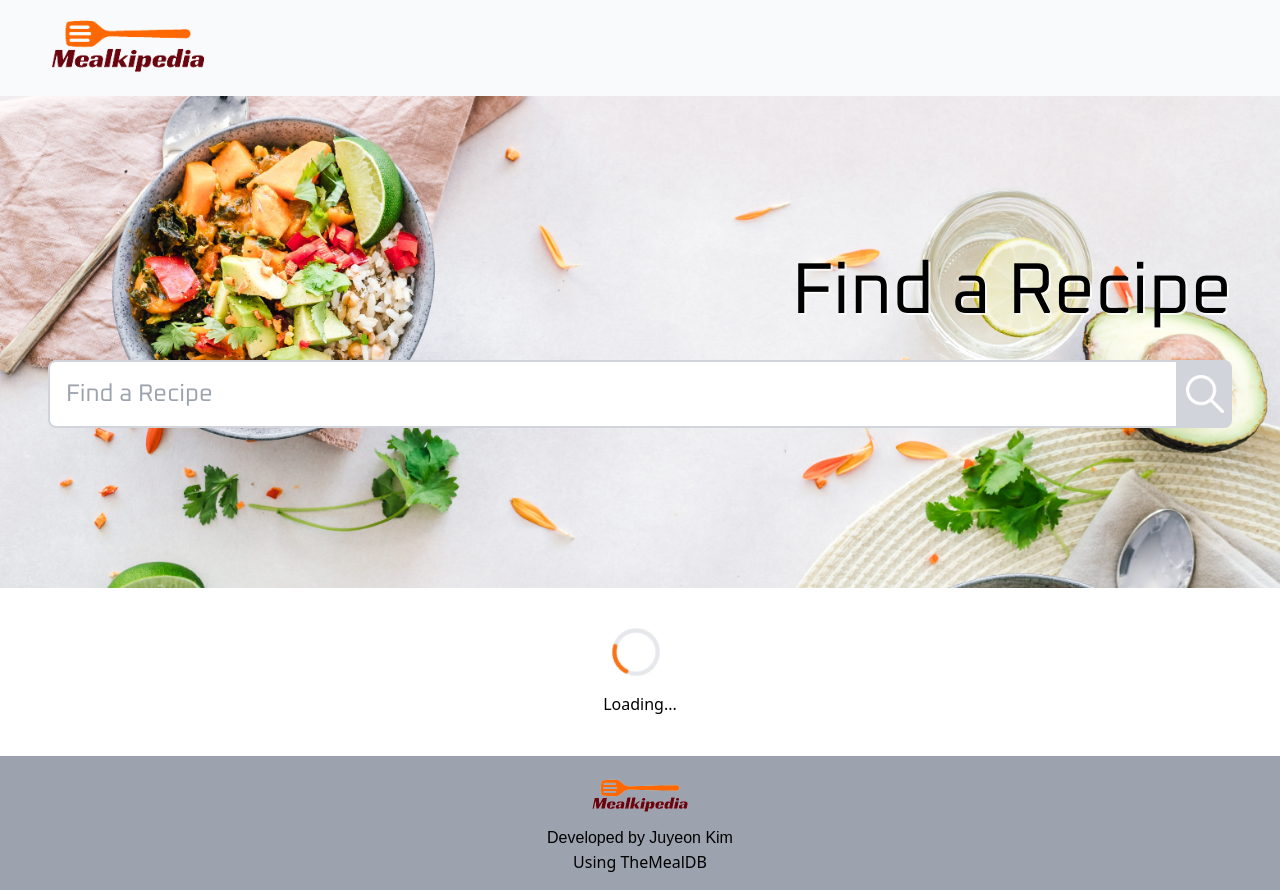
Repository: Jay-JYKim91/grj_mealkipedia
Page: /
The author's editor kept a copy of each file at every save. The page is drawn from the files as they stood at one save, then again after the next save.
The browser window is 1280 px wide. The pictures show the whole page.
The page's requests for data from a server got no answer. Some web fonts or font styles are not loaded; a fallback is used. The project was rebuilt for these pictures with package versions that can differ from the ones it lists, and the page was loaded fresh each time. No one was signed in, and anything a server would have sent is missing. Also part of the build but not shown: src/component/Tag.tsx, src/page/Result.tsx, src/page/Search.tsx.

Above is the page before, as saved 2022-07-04 19:12:05.

### public/index.html
<!DOCTYPE html>
<html lang="en">
  <head>
    <meta charset="utf-8" />
    <link rel="icon" href="%PUBLIC_URL%/favicon.ico" />
    <link rel="preconnect" href="https://fonts.googleapis.com">
    <link rel="preconnect" href="https://fonts.gstatic.com" crossorigin>
    <link href="https://fonts.googleapis.com/css2?family=Biryani:wght@300;400&family=Oxanium:wght@300;400;500&family=Racing+Sans+One&display=swap" rel="stylesheet">
    <meta name="viewport" content="width=device-width, initial-scale=1" />
    <meta name="theme-color" content="#000000" />
    <meta
      name="description"
      content="Web site created using create-react-app"
    />
    <title>Mealkipedia</title>
  </head>
  <body>
    <div id="root"></div>
  </body>
</html>

### src/index.tsx
import React from 'react';
import ReactDOM from 'react-dom/client';
import './index.css';
import { BrowserRouter } from 'react-router-dom';
import { QueryClient, QueryClientProvider } from 'react-query';
import App from './App';

const root = ReactDOM.createRoot(
    document.getElementById('root') as HTMLElement
);

const queryClient = new QueryClient();

root.render(
    <React.StrictMode>
        <QueryClientProvider client={queryClient}>
            <BrowserRouter>
                <App />
            </BrowserRouter>
        </QueryClientProvider>
    </React.StrictMode>
);

### src/index.css
@tailwind base;
@tailwind components;
@tailwind utilities;

html {
  height: 100%;
}

.app {
  width: 100vw;
  min-height: 100vh;
  display: flex;
  flex-direction: column;
}

### src/App.tsx
import React from 'react';
import { Route, Routes, NavigateFunction, useNavigate } from 'react-router-dom';
import Home from './page/Home';
import Result from './page/Result';
import Search from './page/Search';

const App: React.FC = () => {
    const navigate: NavigateFunction = useNavigate();

    const navigateHome = () => {
        navigate('/');
    };

    return (
        <div className="app">
            <header className="px-6 md:px-9 lg:px-12 py-2 shadow-md bg-gray-50">
                <div className="max-w-7xl m-auto">
                    <button
                        type="button"
                        className="m-auto lg:m-0"
                        onClick={navigateHome}
                    >
                        <img src="/logo.png" alt="logo" width="160" />
                    </button>
                </div>
            </header>
            <main className="flex-1">
                <Routes>
                    <Route path="/" element={<Home />} />
                    <Route path="search" element={<Search />} />
                    <Route path="result" element={<Result />} />
                </Routes>
            </main>
            <footer className="flex flex-col items-center justify-center px-12 py-4 bg-gray-400">
                <img src="/logo.png" alt="logo" width="100" className="mb-2" />
                <p className="font-body2_font">Developed by Juyeon Kim</p>
                <p>
                    Using <a href="https://www.themealdb.com/">TheMealDB</a>
                </p>
            </footer>
        </div>
    );
};

export default App;

### src/page/Home.tsx
import React from 'react';
import TodaysRecipe from '../component/TodaysRecipe';
import SearchBar from '../component/SearchBar';

const Home: React.FC = () => {
    return (
        <>
            <div
                className="px-6 md:px-9 lg:px-12 py-40 bg-cover bg-[url('images/main_background.jpg')]
                            text-center lg:text-right">
                <div className="max-w-7xl m-auto">
                    <h1
                        className="font-body1_font text-5xl lg:text-7xl mb-8 drop-shadow-[2.5px_2.5px_0.5px_rgba(255,255,255,0.8)]">
                            Find a Recipe
                    </h1>
                    <SearchBar
                        divStyle="flex justify-center lg:justify-end"
                        inputStyle="p-2 lg:p-4 w-full text-2xl font-body1_font rounded-l-lg border-2 border-gray-300"
                        imageStyle="max-h-[40px]"
                        buttonStyle="p-2 bg-gray-300 rounded-r-lg" />
                </div>

            </div>
            <TodaysRecipe divStyle="px-6 md:px-9 lg:px-12 xl:px-0 py-6 lg:py-12 max-w-7xl m-auto" />
        </>
    )
};

export default Home;

### src/component/TodaysRecipe.tsx
import React from 'react';
import { useQuery } from 'react-query';
import { NavigateFunction, useNavigate } from 'react-router-dom';
import * as apiMeals from '../services/mealDB';
import Tag from './Tag';

const MOBILE_MAX_WORDS = 40;
const DESKTOP_MAX_WORDS = 74;

type TodaysRecipeProp = {
    divStyle: string;
};

const TodaysRecipe: React.FC<TodaysRecipeProp> = ({ divStyle }) => {
    const navigate: NavigateFunction = useNavigate();

    const { isLoading, isError, data } = useQuery('getDefaultRecipe', () =>
        apiMeals.getDefaultRecipe()
    );

    if (isLoading) {
        return (
            <div className="text-center py-10">
                <svg
                    role="status"
                    className="inline w-12 h-12 mr-2 text-gray-200 animate-spin dark:text-gray-600 fill-orange-500"
                    viewBox="0 0 100 101"
                    fill="none"
                    xmlns="http://www.w3.org/2000/svg"
                >
                    <path
                        d="M100 50.5908C100 78.2051 77.6142 100.591 50 100.591C22.3858 100.591 0 78.2051 0 50.5908C0 22.9766 22.3858 0.59082 50 0.59082C77.6142 0.59082 100 22.9766 100 50.5908ZM9.08144 50.5908C9.08144 73.1895 27.4013 91.5094 50 91.5094C72.5987 91.5094 90.9186 73.1895 90.9186 50.5908C90.9186 27.9921 72.5987 9.67226 50 9.67226C27.4013 9.67226 9.08144 27.9921 9.08144 50.5908Z"
                        fill="currentColor"
                    />
                    <path
                        d="M93.9676 39.0409C96.393 38.4038 97.8624 35.9116 97.0079 33.5539C95.2932 28.8227 92.871 24.3692 89.8167 20.348C85.8452 15.1192 80.8826 10.7238 75.2124 7.41289C69.5422 4.10194 63.2754 1.94025 56.7698 1.05124C51.7666 0.367541 46.6976 0.446843 41.7345 1.27873C39.2613 1.69328 37.813 4.19778 38.4501 6.62326C39.0873 9.04874 41.5694 10.4717 44.0505 10.1071C47.8511 9.54855 51.7191 9.52689 55.5402 10.0491C60.8642 10.7766 65.9928 12.5457 70.6331 15.2552C75.2735 17.9648 79.3347 21.5619 82.5849 25.841C84.9175 28.9121 86.7997 32.2913 88.1811 35.8758C89.083 38.2158 91.5421 39.6781 93.9676 39.0409Z"
                        fill="currentFill"
                    />
                </svg>
                <p className="mt-4">Loading...</p>
            </div>
        );
    }

    if (isError) {
        return <span>Error</span>;
    }

    const {
        idMeal,
        strMeal,
        strArea,
        strCategory,
        strTags,
        strMealThumb,
        strInstructions,
    } = data;

    const handleNavigateToResult = (
        event: React.MouseEvent<HTMLButtonElement>
    ): void => {
        event.preventDefault();
        navigate('/result', { state: idMeal });
    };

    return (
        <div className={divStyle}>
            <h1 className="font-body1_font text-3xl lg:text-4xl mb-4">
                How about {strMeal}?
            </h1>
            <div className="flex flex-col md:flex-row font-body2_font">
                <img
                    src={strMealThumb}
                    alt={strMeal}
                    className="md:pr-4 min-w-full md:min-w-[350px] lg:min-w-[400px] max-w-xs max-h-xs"
                />
                <div className="pt-2 md:pt-0 flex flex-col ">
                    <div className="py-1 flex flex-wrap items-start min-h-min">
                        <Tag type="category" content={strCategory} />
                        <Tag type="area" content={strArea} />
                        {strTags &&
                            strTags
                                .split(',')
                                .map(
                                    (tag: string) =>
                                        tag && (
                                            <Tag
                                                type="restTag"
                                                content={tag}
                                                key={tag}
                                            />
                                        )
                                )}
                    </div>
                    <p className="grow self-auto md:hidden">
                        {strInstructions.split(' ').length >= MOBILE_MAX_WORDS
                            ? strInstructions
                                  .split(' ')
                                  .slice(0, MOBILE_MAX_WORDS)
                                  .join(' ') + ' ...'
                            : strInstructions}
                    </p>
                    <p className="grow self-auto hidden md:block">
                        {strInstructions.split(' ').length >= DESKTOP_MAX_WORDS
                            ? strInstructions
                                  .split(' ')
                                  .slice(0, DESKTOP_MAX_WORDS)
                                  .join(' ') + ' ...'
                            : strInstructions}
                    </p>
                    <button
                        type="button"
                        className="p-2 mt-2 border-2 border-orange-900 rounded-lg
                                bg-orange-500 hover:bg-white text-orange-900
                                lg:text-xl"
                        onClick={handleNavigateToResult}
                    >
                        Read More
                    </button>
                </div>
            </div>
        </div>
    );
};

export default TodaysRecipe;

### src/component/SearchBar.tsx
import React, { useState } from 'react';
import { NavigateFunction, useNavigate } from 'react-router-dom';

type SearchBarProps = {
    divStyle: string;
    inputStyle: string;
    buttonStyle: string;
    imageStyle?: string;
};

const SearchBar: React.FC<SearchBarProps> = ({
    divStyle,
    inputStyle,
    buttonStyle,
    imageStyle,
}) => {
    const [inputValue, setInputValue] = useState('');
    const navigate: NavigateFunction = useNavigate();

    const handleSearch = (e: React.FormEvent) => {
        e.preventDefault();
        inputValue && navigate('/search', { state: inputValue });
        setInputValue('');
    };

    return (
        <form className={divStyle} onSubmit={handleSearch}>
            <input
                type="search"
                className={inputStyle}
                placeholder="Find a Recipe"
                value={inputValue}
                onChange={(event) => setInputValue(event.target.value)}
            />
            <button className={buttonStyle} type="submit">
                <img src="./search.png" alt="search" className={imageStyle} />
            </button>
        </form>
    );
};

SearchBar.defaultProps = {
    imageStyle: '',
};

export default SearchBar;

### src/services/mealDB.ts
import axios from 'axios';

export type RecipeType = {
    id: string;
    title: string;
    imageURL: string;
    area: string;
    tags?: string[];
    ingredients?: string[];
    instruction: string;
};

export async function getDefaultRecipe() {
    const { data } = await axios.get(
        `https://www.themealdb.com/api/json/v1/1/random.php`
    );

    return data['meals'][0];
}

export async function searchRecipeByQuery(query: string) {
    const { data } = await axios.get(
        `https://www.themealdb.com/api/json/v1/1/search.php?s=${query}`
    );

    return data['meals'];
}

export async function searchRecipeById(id: string) {
    const { data } = await axios.get(
        `https://www.themealdb.com/api/json/v1/1/lookup.php?i=${id}`
    );

    return data['meals'][0];
}

### tailwind.config.js
/** @type {import('tailwindcss').Config} */
module.exports = {
  content: [
    "./src/**/*.{js,jsx,ts,tsx}",
  ],
  darkMode: false, // or 'media' or 'class'
  theme: {
    extend: {
      fontFamily: {
        'heading_font': ['Racing Sans One', 'cursive'],
        'body1_font': ['Oxanium', 'cursive'],
        'body2_font': ['Biryani', 'sans-serif']
      },
      // backgroundImage: {
      //   'hero-bg': "url('')",
      // }
    },
  },
  plugins: [],
}

After the next save:
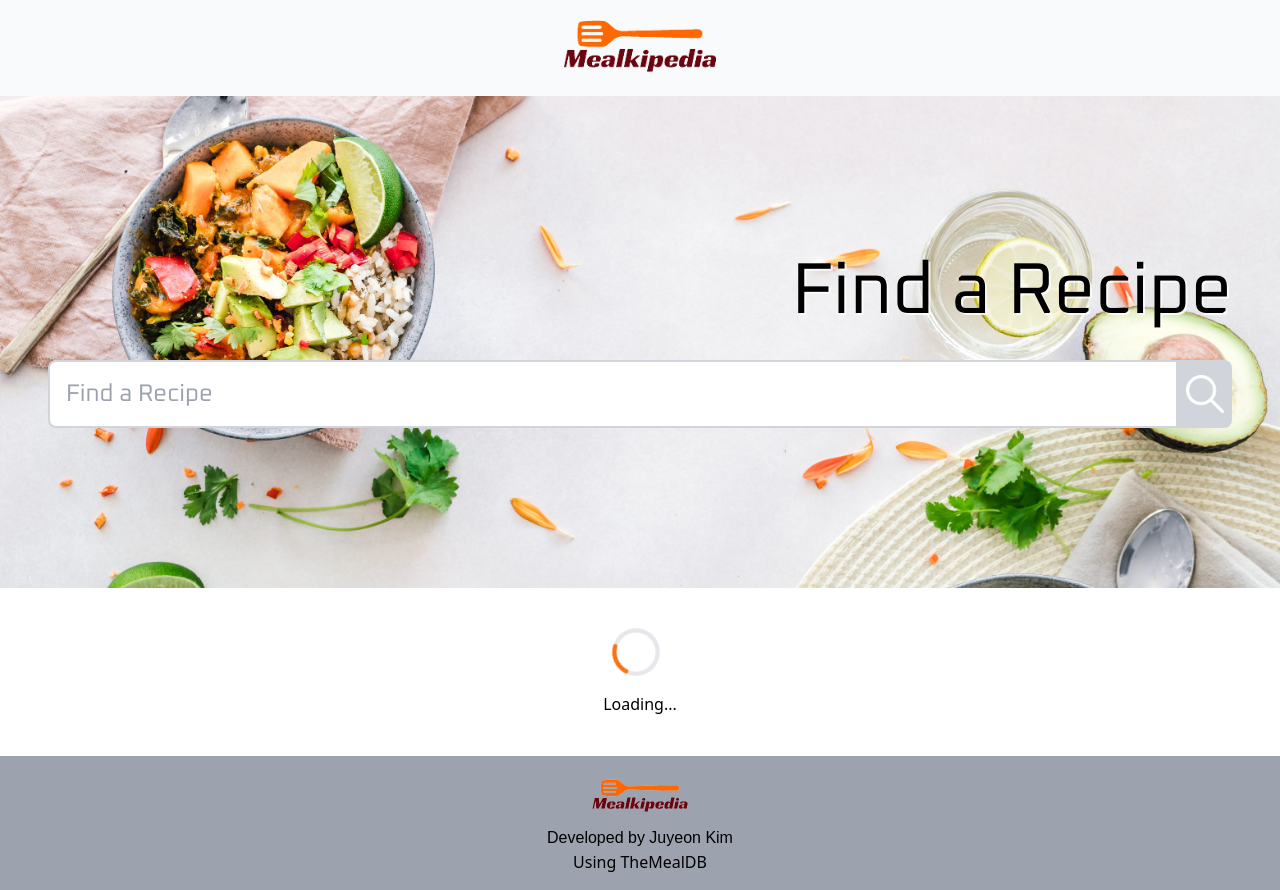
Saved 30 s later.
--- a/src/App.tsx
+++ b/src/App.tsx
@@ -14,10 +14,10 @@
     return (
         <div className="app">
             <header className="px-6 md:px-9 lg:px-12 py-2 shadow-md bg-gray-50">
-                <div className="max-w-7xl m-auto">
+                <div className="max-w-7xl m-auto text-center">
                     <button
                         type="button"
-                        className="m-auto lg:m-0"
+                        // className="m-auto lg:m-0"
                         onClick={navigateHome}
                     >
                         <img src="/logo.png" alt="logo" width="160" />

After the save that followed:
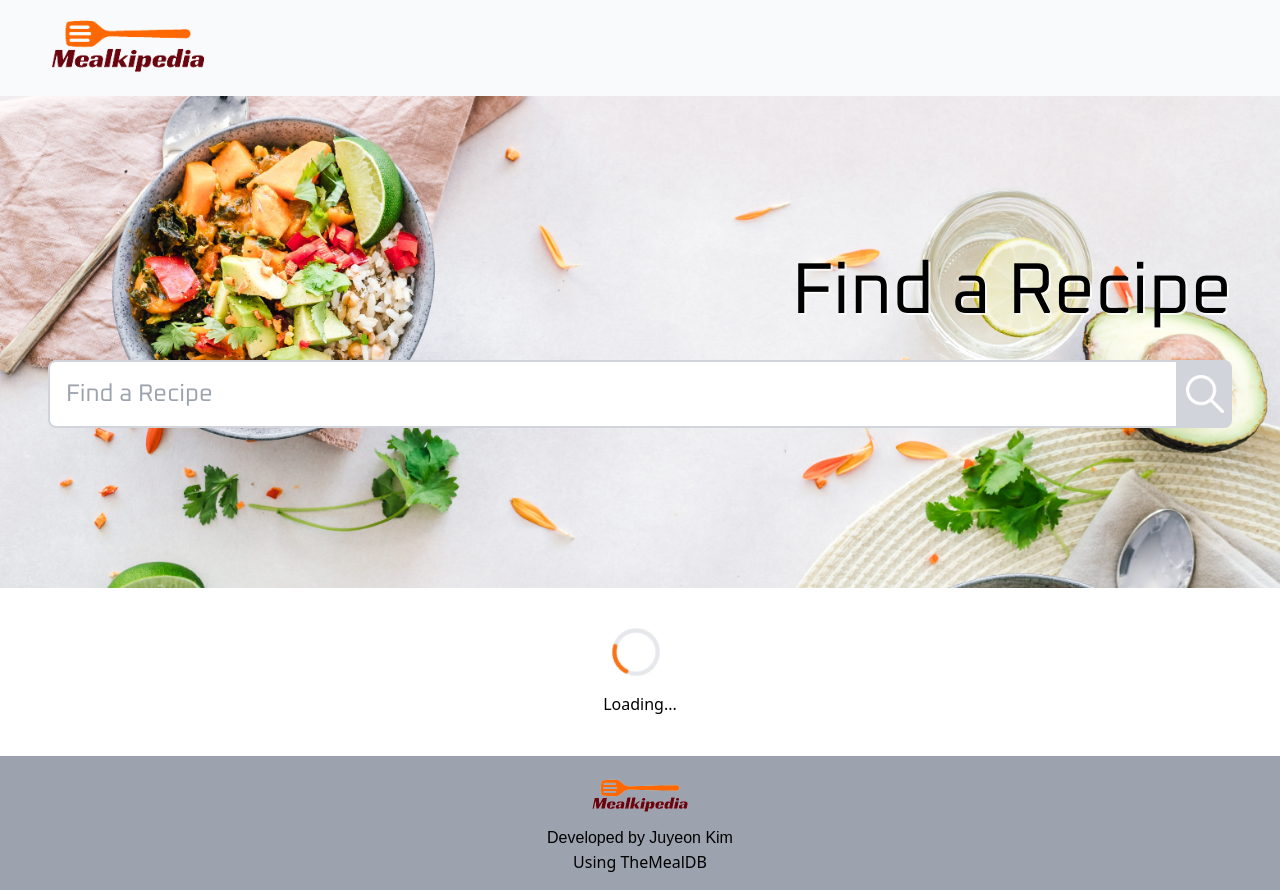
Saved 14 s later.
--- a/src/App.tsx
+++ b/src/App.tsx
@@ -14,7 +14,7 @@
     return (
         <div className="app">
             <header className="px-6 md:px-9 lg:px-12 py-2 shadow-md bg-gray-50">
-                <div className="max-w-7xl m-auto text-center">
+                <div className="max-w-7xl m-auto text-center md:text-left">
                     <button
                         type="button"
                         // className="m-auto lg:m-0"
